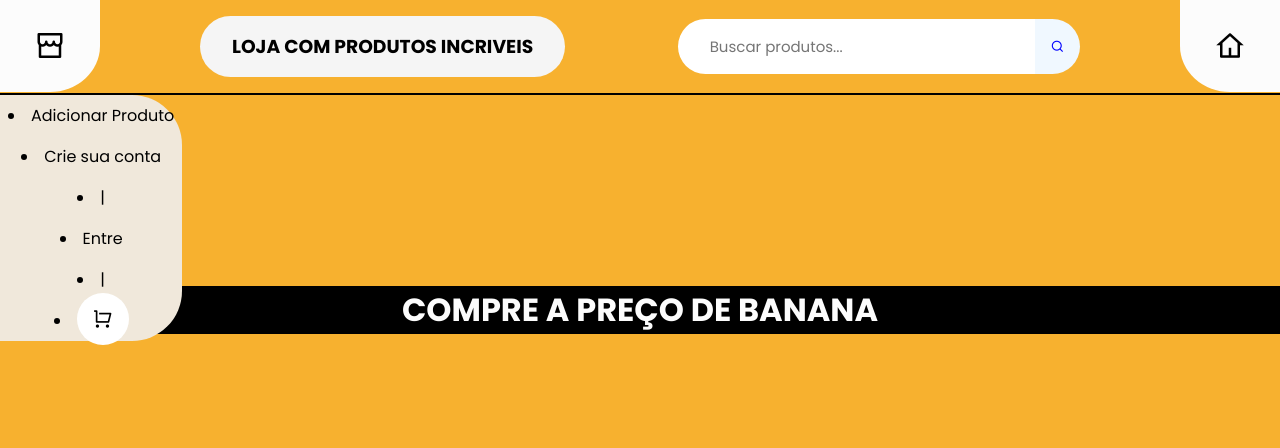
Repository: Guilherme-Beckman/Loja-Online-MVC-Spring
Page: http://localhost/home
An editor plug-in stored every save of this project. The page is shown before and after the next save, followed by the edit.
The browser window is 1280 px wide. The pictures show the whole page.
The page is this project's Thymeleaf template; nobody is signed in. The template is opened directly, without the code that normally fills it, so the values that code supplies are empty.

Above is the page before, as saved 2024-03-18 19:51:18.

### Documents/Loja-Online-MVC-Spring/loja-online/src/main/resources/templates/home.html
<!DOCTYPE html>
<html lang="en">
	<html xmlns:th="http://www.thymeleaf.org">
<head>
    <meta charset="UTF-8">
    <meta name="viewport" content="width=device-width, initial-scale=1.0">
    <link rel="stylesheet" href="https://cdnjs.cloudflare.com/ajax/libs/remixicon/3.5.0/remixicon.min.css">
    <link rel="stylesheet" href="style.css">
    <title>Loja Online</title>
</head>
<body>

    <div class="nav">
<div class="circle">
       <i class="ri-store-line"></i>
</div>

        <h3>LOJA COM PRODUTOS INCRIVEIS</h3>

        <div class="search">
            <input type="text" placeholder="Buscar produtos...">
            <button type="submit"> <i class="ri-search-line"></i></button>
  </div>  <div class="home">
<a href="#">
    <i class="ri-home-4-line"></i>
</a>


   </div>

    </div>
    <div class="nav2">
        <div class="back-circle">
            <il>
				<li><span><a href="/add-product">Adicionar Produto</a></span></il>
                <li><span><a href="/register">Crie sua conta</a></span></li>
                <li>|</li>
                <li><span><a href="/login">Entre</a></span></li>
                <li>|</li>
                <li><a href="#"><i class="ri-shopping-cart-line"></i></a></li>
            </ul>
        </div>
    </div>

    <br>
    <br>
    <br>
    <br>
    <br>


    </div>

    <div class="cart-container">

        <div class="cart">
            <div th:each="product : ${product}" class="cart">
                 <img src="images/bananpaika.jpg" alt="LALL">
                <div class="cart-text">
                <h2 th:text="${product.price}"></h2>
                <h3 th:text="${product.name}"></h3>

                </div>
                </div>
                </div>
        </div>


    </div>
    <div class="footer">
<footer>
    <h1>COMPRE A PREÇO DE BANANA</h1>
</footer>

</div>

</body>

</html>

### Documents/Loja-Online-MVC-Spring/loja-online/src/main/resources/static/style.css
@import url('https://fonts.googleapis.com/css2?family=Poppins:wght@300;400;500;600;700;800&display=swap');

* {
    padding: 0;
    margin: 0;
    outline: none;
    border: none;
    box-sizing: border-box;
    font-family: Poppins;

}
body{
    background-color: rgb(247, 177, 47) ;


}

a {
    text-decoration: none;
    color: black;
}


.nav{
    max-width: 1200px;
  margin: auto;
  padding: 1rem 10rem;
  display: flex;
  align-items: center;
  justify-content: space-between;
  gap: 2rem;
  background-color: rgb(247, 177, 47) ;

}
.search{
    display: flex;

}
input[type="text"]{
padding: 1rem 2rem;
font-size: 15px;
border-top-left-radius: 50px ;
border-bottom-left-radius: 50px ;

}
.search button{
    padding: 1rem 1rem;
    color: blue;
    background-color: aliceblue;
    border-top-right-radius: 50px ;
    border-bottom-right-radius: 50px ;
    cursor: pointer;
}
.search button:hover{
    background-color:  rgb(181, 181, 255);
}
.nav h3{
background-color: rgb(245, 245, 245);
border-radius: 50px;
text-align: center;
padding: 1rem 2rem;
display: flex;
}
.circle{
position: absolute;
top:0;
left: 0;
    width: 100px;
    height: 92px;
    background-color: #fcfcfc;

border-bottom-right-radius: 50%;
    display: flex;
    justify-content: center;
    align-items: center;

}
.circle i{
    font-size: 30px;
}
.home{
    position: absolute;
top:0;
right: 0;
    width: 100px;
    height: 92px;
    background-color: #fcfcfc;

border-bottom-left-radius: 50%;
    display: flex;
    justify-content: center;
    align-items: center;

}
.home a i{
    font-size: 30px;
}
.nav2{
    border-top: 2px solid black ;
}

.nav2 ul{
list-style: none;
display: flex;
gap: 0rem;
padding: 2rem 1rem;


}

.nav2 li{
    position: relative;
    padding-bottom: 0.75rem;

    border-radius: 50px;
    padding: 0.5rem;
    align-items: center;
    text-align: center;
    cursor: pointer;

    }
    .nav2 span::after{
        content: "";
    position: absolute;
        height: 2px ;
        width: 0;
        bottom: 0;
        left: 0;
        background-color: black;
        transition: all 0.3s ease;


    }
    .nav2 span:hover::after{
        width: 70%;
        cursor: pointer;
    }
.nav2 i{
    background-color: white;
    font-size: 20px;
    border-radius: 50px;
    padding: 1rem;
}
.nav2 i:hover{
    cursor: pointer;
    background-color: rgb(216, 216, 196);
}
.back-circle {

    background-color: rgb(240, 232, 219);


  border-top-right-radius: 50px;
  border-bottom-right-radius: 50px;
    position: absolute;


  }
  .cart-container{
    display: flex;
    text-align: left;

gap: 4rem;
padding: 1rem 2rem;
    flex-wrap: wrap;

  }
  .cart{
    padding: 1rem 2rem;
    background-color: white;
    border-radius: 20px;
    border: 1px solid rgb(187, 173, 173);


  }

  .cart img{
    display: flex;
    width: 250px;
    height: 200px;
    border-radius: 10px;
  }
 .cart-text{
    border-top: 2px solid black;
 }
 footer{
    color: #fcfcfc;
    text-align: center;
    background-color: rgb(0, 0, 0);
    max-width: 100%;
 }

After the next save:
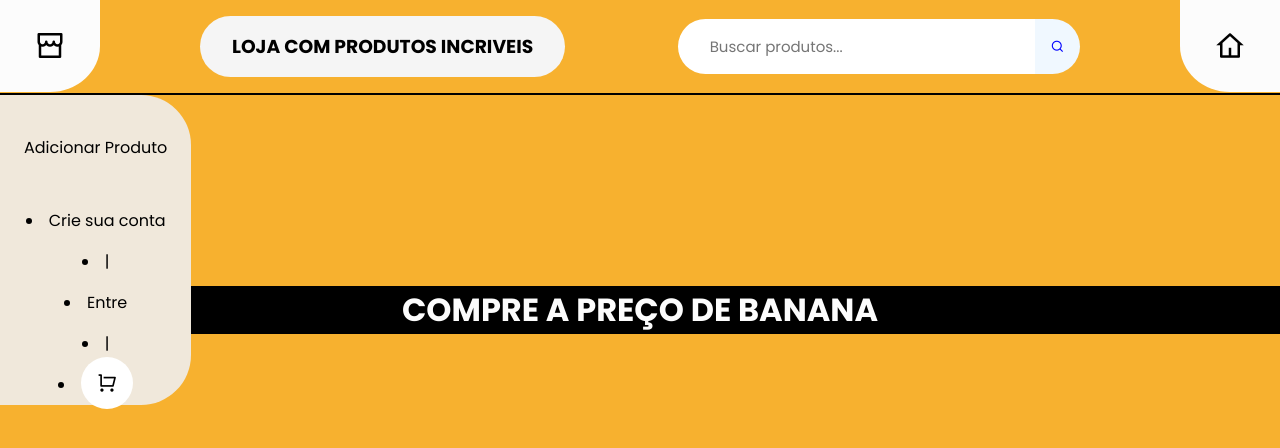
Saved 7 s later.
--- a/Documents/Loja-Online-MVC-Spring/loja-online/src/main/resources/templates/home.html
+++ b/Documents/Loja-Online-MVC-Spring/loja-online/src/main/resources/templates/home.html
@@ -31,8 +31,8 @@
     </div>
     <div class="nav2">
         <div class="back-circle">
-            <il>
-				<li><span><a href="/add-product">Adicionar Produto</a></span></il>
+            <ul>
+				<li><span><a href="/add-product">Adicionar Produto</a></span></ul>
                 <li><span><a href="/register">Crie sua conta</a></span></li>
                 <li>|</li>
                 <li><span><a href="/login">Entre</a></span></li>
